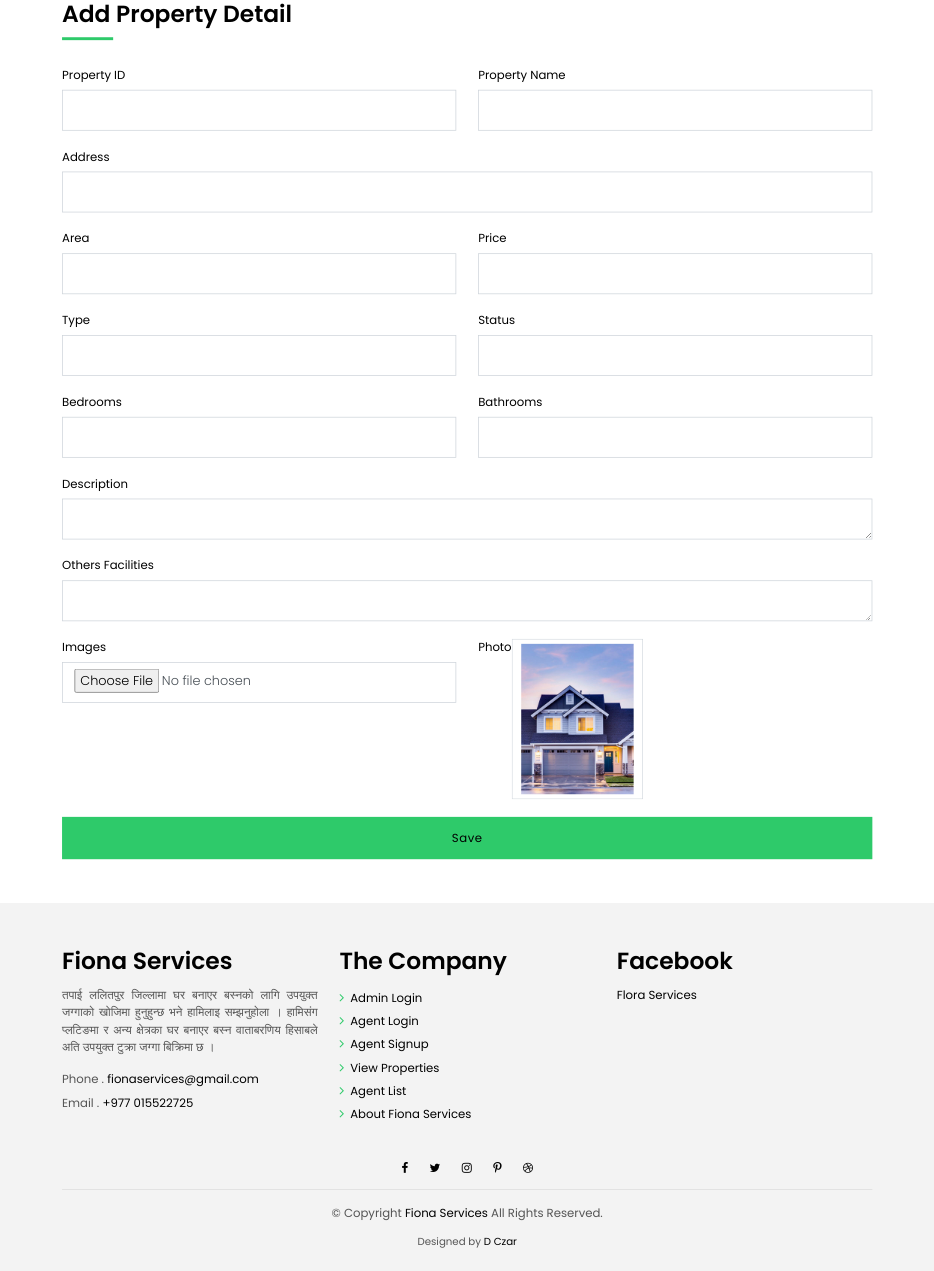
Repository: Sjuicyy/realstate
Page: Add-Property.html
These files come from the project's save history. The page is drawn as it stood at one moment and after the next save; the edit follows.
The browser window is 1280 px wide. The pictures show the whole page, at 73% of full size.

Above is the page before, as saved 2022-10-13 16:01:30.

After the next save:
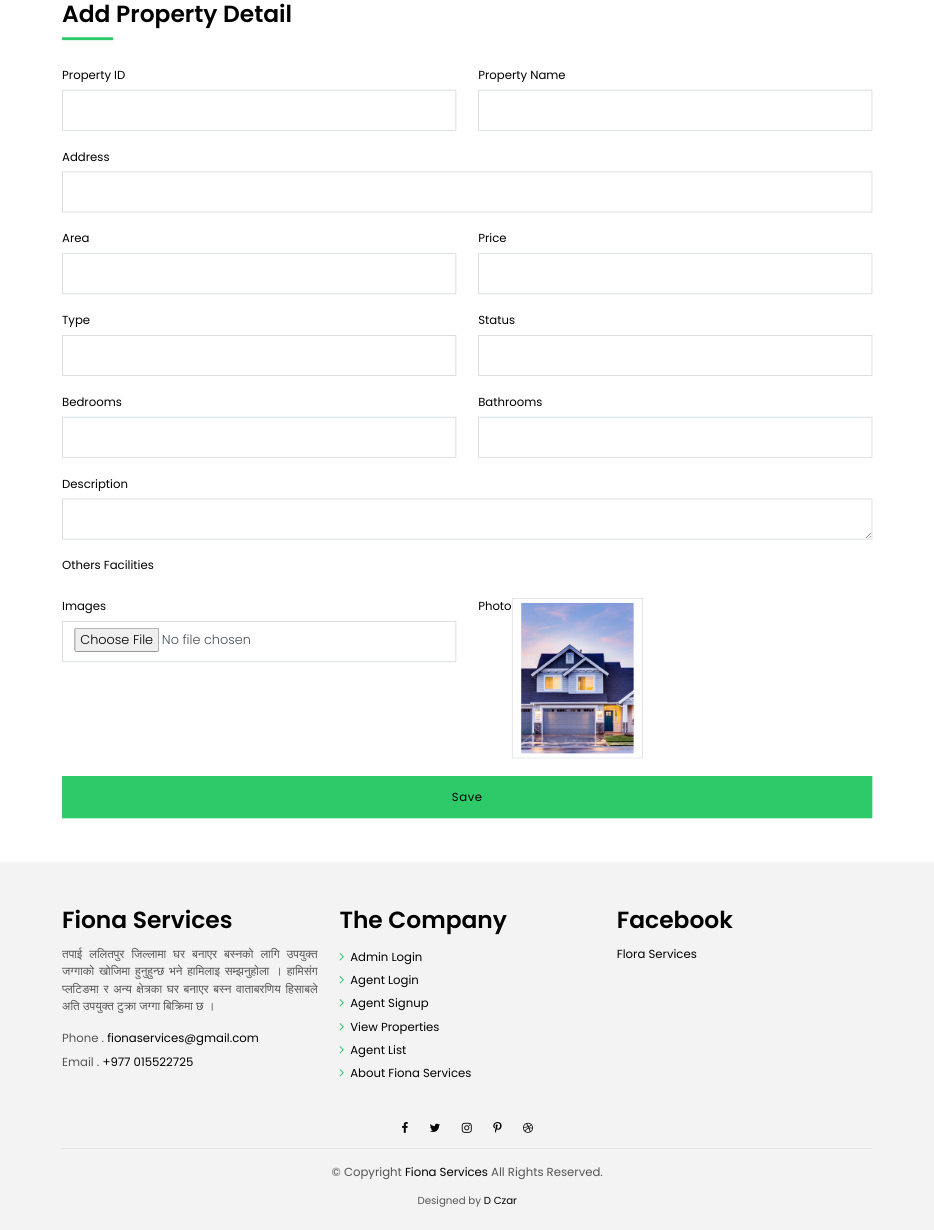
Saved 14 s later.
--- a/Add-Property.html
+++ b/Add-Property.html
@@ -191,8 +191,7 @@
             <div class="col-md-12 mb-2">
               <div class="form-group">
                 <label for="bathrooms">Others Facilities</label>
-                <textarea class="form-control form-control-lg form-control-a" id="bathrooms" name="Detail">
-              </textarea>
+
               </div>
             </div>
 
